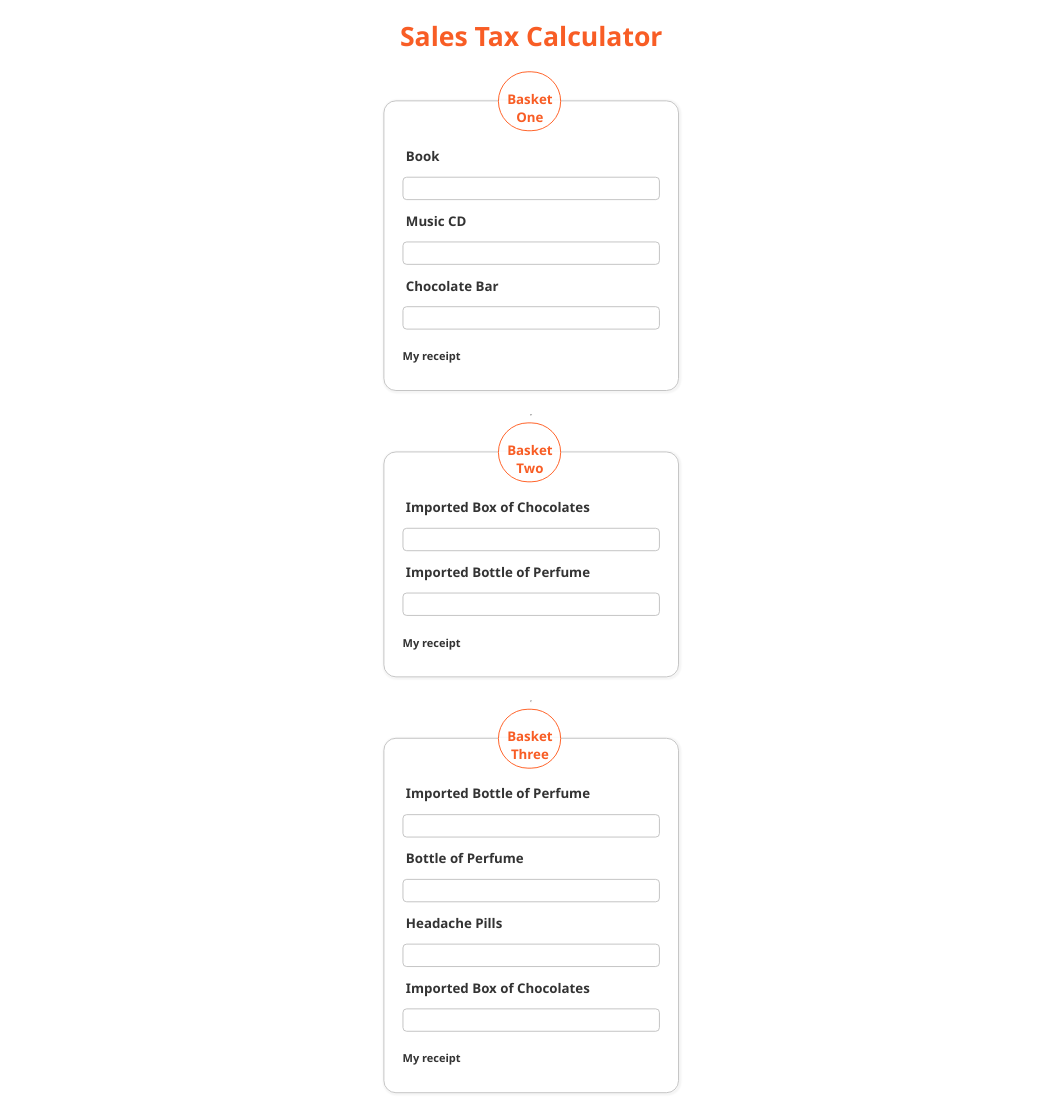
Repository: duzzisantos/sales-tax
Page: index.html
An editor plug-in stored every save of this project. The page is shown before and after the next save, followed by the edit.
The browser window is 1280 px wide. The pictures show the whole page, at 83% of full size.

Above is the page before, as saved 2022-05-25 23:58:57.

After the next save:
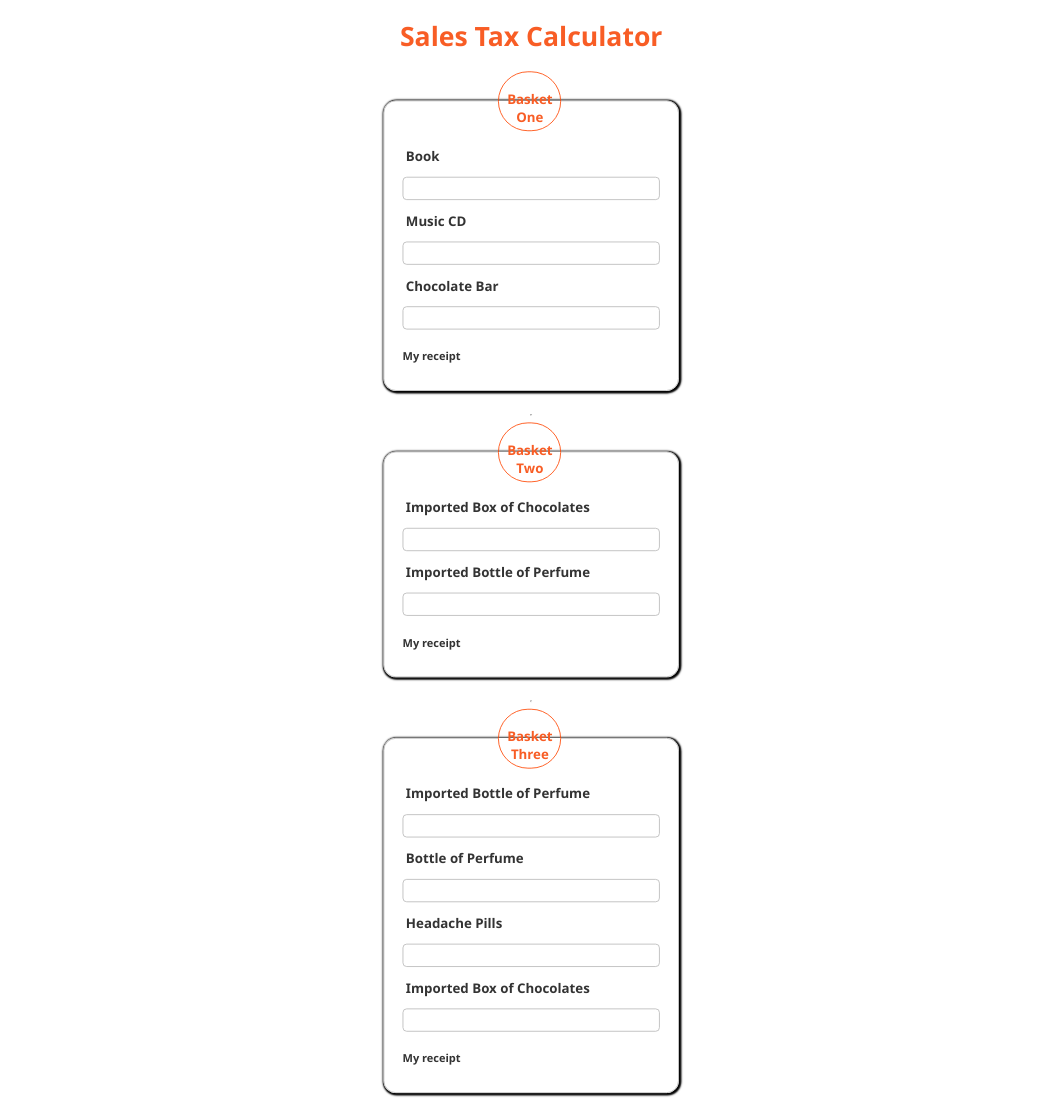
Saved 11 s later.
--- a/style.css
+++ b/style.css
@@ -17,7 +17,7 @@ fieldset{
     border: 1px solid rgb(185, 185, 185);
     border-radius: 15px;
     margin-bottom: 20px;
-    box-shadow: 1px 1px 2px 2px whitesmoke;
+    box-shadow: 1px 1px 2px 2px black;
 }
 
 legend{
